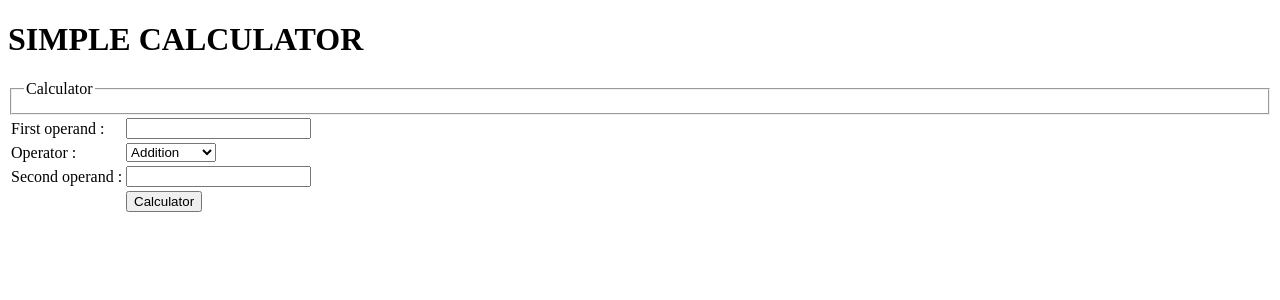
Repository: NGUYEN112/Module2
Page: http://localhost/
The author's editor kept a copy of each file at every save. The page is drawn from the files as they stood at one save, then again after the next save.
The browser window is 1280 px wide. The pictures show the whole page.
The page is run by PHP 8.4 with error messages shown; the project is at /var/www/html/.

Above is the page before, as saved 2021-01-18 11:52:23.

After the next save:
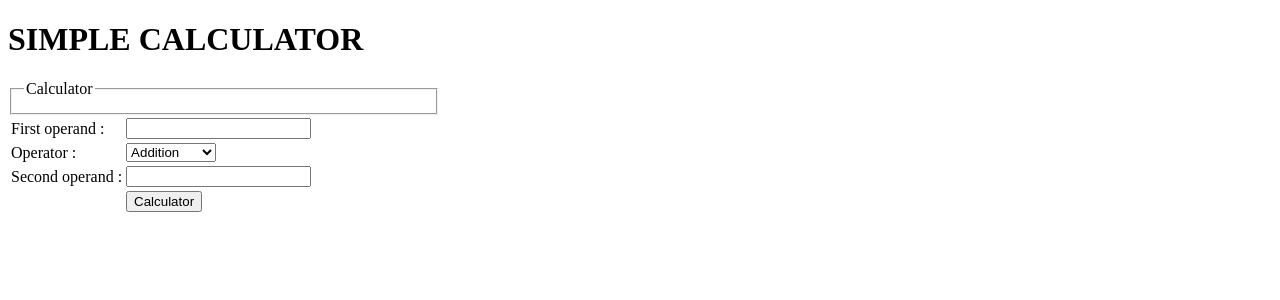
Saved 22 s later.
--- a/bai8-calculator/index.php
+++ b/bai8-calculator/index.php
@@ -10,7 +10,7 @@
 <body>
     <h1>SIMPLE CALCULATOR</h1>
     <form method="post">
-        <fieldset>
+        <fieldset style="width: 400px;">
         <legend>Calculator</legend>
         </fieldset>
         <table>

After the save that followed:
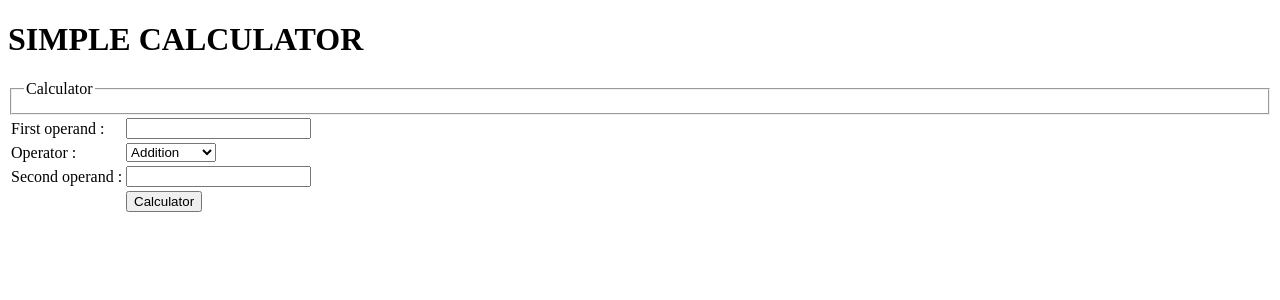
Saved 23 s later.
--- a/bai8-calculator/index.php
+++ b/bai8-calculator/index.php
@@ -10,7 +10,7 @@
 <body>
     <h1>SIMPLE CALCULATOR</h1>
     <form method="post">
-        <fieldset style="width: 400px;">
+        <fieldset width = 400px>
         <legend>Calculator</legend>
         </fieldset>
         <table>
